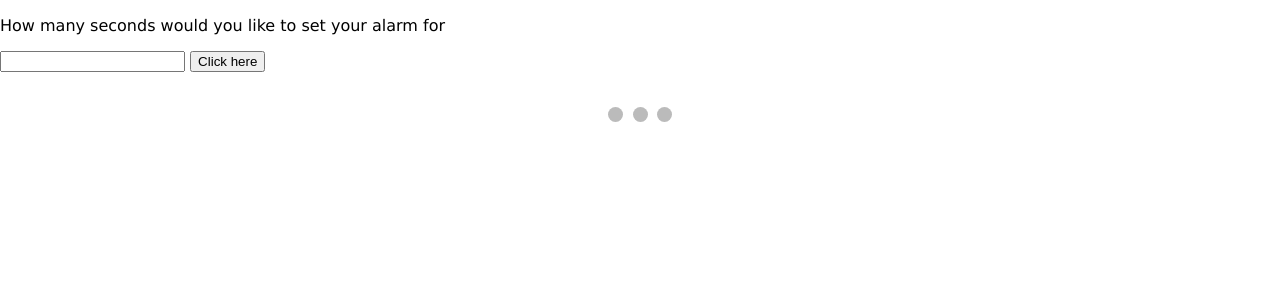
Repository: andyd71/Javascript-Projects
Page: Basic Javascript Projects/Project9_countdown_slideshow/index.html
An editor plug-in stored every save of this project. The page is shown before and after the next save, followed by the edit.
The browser window is 1280 px wide. The pictures show the whole page.

Above is the page before, as saved 2021-03-08 19:42:08.
Console error: TypeError: Cannot read properties of undefined (reading 'style')

### Basic Javascript Projects/Project9_countdown_slideshow/index.html
<!doctype html>
<html lang="en">
  <head>
    <!-- Required meta tags -->
    <meta charset="utf-8">
    <meta name="viewport" content="width=device-width, initial-scale=1, shrink-to-fit=no">
    <script src="JS/main.js"></script>
    <link rel="stylesheet" type="text/css" href="CSS/main.css">
  </head>
  <body>
      <p>How many seconds would you like to set your alarm for</p>
      <input id="seconds" value=""/>
      <button onclick="countdown()">Click here</button>
      <p id="timer"></p>

      <div class="slideshow-container">
        <div class="mySlides fade">
          <div class="numbertext">1 / 3</div>
          <img src="nature.jpg" style ="width: 800px">
          <div class="text">Caption Text</div>
        </div>

        <div class="mySlides fade">
          <div class="numbertext">2 / 3</div>
          <img src="snow.jpg" style ="width: 800px">
          <div class="text">Caption Two</div>
        </div>

        <div class="mySlides fade">
          <div class="numbertext">3 / 3</div>
          <img src="mountain.jpg" style ="width: 800px">
          <div class="text">Caption Three</div>
        </div>

        <a class="prev" onclick="plusSlides(-1)">&#10094;</a>
        <a class="next" onclick="plusSlides(1)">&#10095;</a>
      </div>
      <br>
      <div style="text-align:center">
      <span class="dot" onclick="currentSlide(1)"></span>
      <span class="dot" onclick="currentSlide(2)"></span>
      <span class="dot" onclick="currentSlide(3)"></span>
    </div>




</body>
</html>

### Basic Javascript Projects/Project9_countdown_slideshow/JS/main.js
function countdown() { //creating a function.
    var seconds = document.getElementById("seconds").value;//creating a variable and displaying the result.
    function tick() {//creating another function.
        seconds = seconds - 1;//assigning a value to the variable "seconds."
        timer.innerHTML = seconds;//making the id "timer" equal to the variable"seconds".
        setTimeout(tick, 1000);
        if(seconds == -1) {
            //above, setting the condition,
            alert("Times up!");//alerting the user that their time is up.
        }
    }
    tick();//declaring the function.
}

var slideIndex = 1;//creating a variable.
showSlides(slideIndex);

function plusSlides(n) {
    showSlides(slideIndex += n);
}
function currentSlide(n) {
    showSlides(slideIndex = n);
}
function showSlides(n) {
    var i;
    var slides = document.getElementsByClassName("mySlides");
    var dots = document.getElementsByClassName("dot");
    if (n > slides.length) {slideIndex = 1}
    if (n < 1) {slideIndex = slides.length}
    for (i = 0; i < slides.length; i++) {
     slides[i].style.display = "none";
    }
    for (i = 0; i < dots.length; i++) {
        dots[i].className = dots[i].className.replace(" active", "");
    }
    slides[slideIndex-1].style.display = "block";
    dots[slideIndex-1].className += " active";
}

### Basic Javascript Projects/Project9_countdown_slideshow/CSS/main.css
* {box-sizing: border-box}
body {font-family: Verdana, sans-serif; margin:0}
.mySlides {display: none}
img {vertical-align: middle;}

/*Slideshow container*/
.slideshow-container {
    max-width: 1000px;
    position: relative;
    margin: auto;
}

/*Next and previous buttons*/
.prev, .next {
    cursor: pointer;
    position: absolute;
    top: 50%;
    width: auto;
    padding: 16px;
    margin-top: -22px;
    color: white;
    font-weight: bold;
    font-size: 18px;
    transition: 0.6s ease;
    border-radius: 0 3px 3px 0;
    user-select: none;

}

/*Position the next button to the right*/
.next {
    right: 0;
    border-radius: 3px 0 0 3px;
}

/*On hover, add a black background color with a little bit see-through*/
.prev:hover, .next:hover {
    background-color: rgba(0, 0, 0, 0.8);
}
/*Caption text*/
.text {
    color: #f2f2f2;
    font-size: 15px;
    padding: 8px 12px;
    position: absolute;
    bottom: 8px;
    width: 100%;
    text-align: center;
}

/*Number text (1/3 etc*/
.numbertext {
    color: #f2f2f2;
    font-size: 12px;
    padding: 8px 12px;
    position: absolute;
    top: 0;
}

/*The dots/bullets/indicators*/
.dot {
 cursor: pointer;
 height: 15px;
 width: 15px;
 margin: 0 2px;
 background-color: #bbb;
 border-radius: 50%;
 display: inline-block;
 transition: background-color 0.6s ease;
}

.active, .dot:hover {
    background-color: #717171;

}

/*Fading animation*/
.fade {
    -webkit-animation-name: fade;
    -webkit-animation-duration: 1.5s;
    animation-name: fade;
    animation-duration: 1.5s;
}

@-webkit-keyframes fade {
    from {opacity: .4}
    to {opacity: 1}
}

@keyframes fade {
    from {opacity: .4}
    to {opacity: 1}
}

/*On smaller screens, decrease text size*/
@media only screen and (max-width: 300px) {
    .prev, .next, .text {font-size: 11px}
}

After the next save:
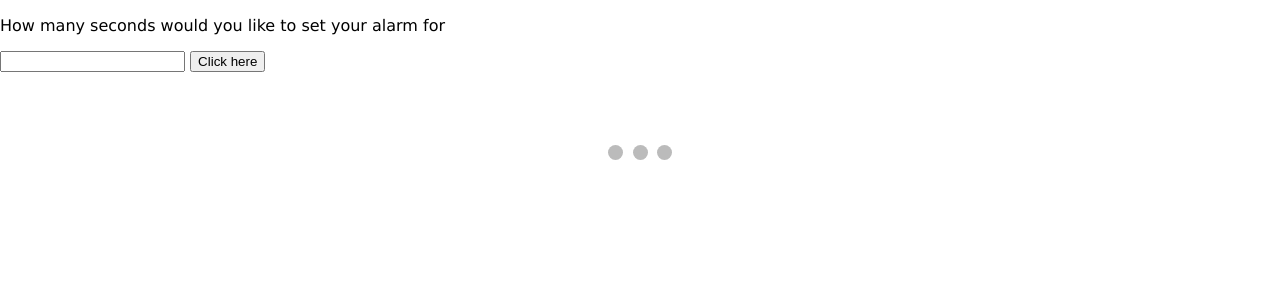
Saved 23 h 42 min later.
--- a/Basic Javascript Projects/Project9_countdown_slideshow/index.html
+++ b/Basic Javascript Projects/Project9_countdown_slideshow/index.html
@@ -11,24 +11,24 @@
       <p>How many seconds would you like to set your alarm for</p>
       <input id="seconds" value=""/>
       <button onclick="countdown()">Click here</button>
-      <p id="timer"></p>
+      <p id="timer"></p><br><br>
 
       <div class="slideshow-container">
         <div class="mySlides fade">
           <div class="numbertext">1 / 3</div>
-          <img src="nature.jpg" style ="width: 800px">
+          <img src="nature.jpg" style ="width: 500px">
           <div class="text">Caption Text</div>
         </div>
 
         <div class="mySlides fade">
           <div class="numbertext">2 / 3</div>
-          <img src="snow.jpg" style ="width: 800px">
+          <img src="snow.jpg" style ="width: 500px">
           <div class="text">Caption Two</div>
         </div>
 
         <div class="mySlides fade">
           <div class="numbertext">3 / 3</div>
-          <img src="mountain.jpg" style ="width: 800px">
+          <img src="mountain.jpg" style ="width: 500px">
           <div class="text">Caption Three</div>
         </div>
 
